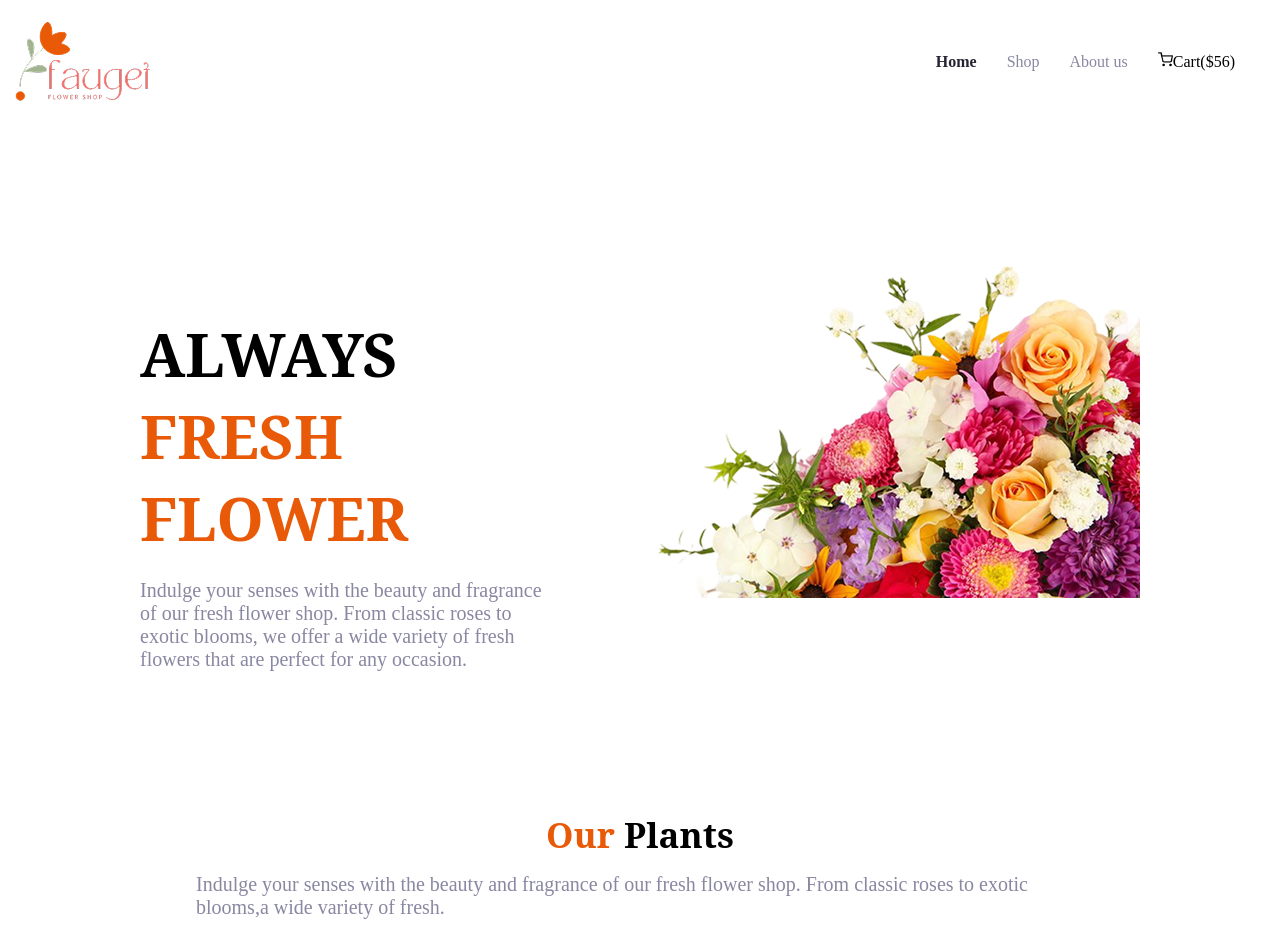
Repository: dollyrakhe22/Flowers-main-website
Page: index.html
An editor plug-in stored every save of this project. The page is shown before and after the next save, followed by the edit.
The browser window is 1280 px wide. The pictures show the whole page.
Some web libraries are served in a nearby version.

Above is the page before, as saved 2025-07-24 01:27:38.

### index.html
<!DOCTYPE html>
<html lang="en">
<head>
    <meta charset="UTF-8">
    <meta name="viewport" content="width=device-width, initial-scale=1.0">
    <title>Flowers Site</title>
    <link rel="stylesheet" href="style.css">
    <link rel="stylesheet" href="https://cdnjs.cloudflare.com/ajax/libs/font-awesome/7.0.0/css/all.min.css" integrity="sha512-DxV+EoADOkOygM4IR9yXP8Sb2qwgidEmeqAEmDKIOfPRQZOWbXCzLC6vjbZyy0vPisbH2SyW27+ddLVCN+OMzQ==" crossorigin="anonymous" referrerpolicy="no-referrer" />
</head>
<body >
    <header>
           <nav class="nav-bar display-flex">
                <img src="assets/logo.png" alt="" srcset="">


              <ul class="list-link display-flex">
                <li class="list-item text-black ">Home</li>
                <li class="list-item text-gray">Shop</li>
                <li class="list-item text-gray">About us</li>
                <li class="list-item"><img src="assets/shopping-cart (1).jpg" alt="" srcset=""width="15px" height="15px">Cart($56)</li>
             </ul>
           </nav>
 <!--Fresh Flowers-->
 <section class="flower-section display-flex">
  <div class="fresh-flower">
   <h1 class="flower-title noto-serif-normal">ALWAYS <span class="primary-color">FRESH<br> FLOWER</span></h1>
   <p class="flower-description text-gray">Indulge your senses with the beauty and fragrance of our fresh flower shop. From classic roses to exotic blooms,
     we offer a wide variety of fresh flowers that are perfect for any occasion. </p>
  </div>
  <div class="flower-img">
    <img src="assets/hero-flower.png" alt="" srcset="">
  </div>

 </section>
 <!--Plants-->
<section class="plants-section">

    <h1 class="plant-title noto-serif-normal"><span class="primary-color">Our</span> Plants</h1>
    <p class="plant-description text-gray">Indulge your senses with the beauty and fragrance  of our fresh flower shop.
      From classic roses to exotic blooms,a wide variety of fresh.</p>

</section>










    </header>
    <main>

    </main>
    <footer>

    </footer>
</body>
</html>

### style.css
@import url('https://fonts.googleapis.com/css2?family=Noto+Serif:ital,wght@0,100..900;1,100..900&display=swap');

*{
    box-sizing: border-box;
    margin: 0;
    padding: 0;
}

.noto-serif-normal{
  font-family: "Noto Serif", serif;
  font-optical-sizing: auto;
  font-style: normal;

}
/*shared style*/
.display-flex{
    display: flex;
}
/*black*/
.text-black{
    color:#252432;
    font-weight: bold;
}
/*dark 02*/
.text-gray{
    color: #8987A1;
}
.primary-color{
    color:#E95A08;
}
/*navbar start*/
.nav-bar{
   justify-content: space-between;
   margin: 20px auto;
   max-width: 1250px;




}
.list-link{
    justify-items: center;
    justify-content: center;
    align-items: center;



}
nav ul li{
    list-style: none;
    margin-right: 30px;
}

/*Fresh Flower*/
.fresh-flower{
    margin-top: 70px;
}
.flower-section{
    max-width: 100%;
   margin: 140px;
   gap: 10px;
}
.flower-title{
      font-size: 3.75rem;
}
.flower-description{
    font-size: 1.25rem;
    margin-top: 20px;
}
/*Plants*/
.plants-section{
  justify-items: center;

}
.plant-title{
    font-size: 2.18rem;
    font-weight: 700;
}
.plant-description{
    font-size: 1.25rem;
    margin-top: 15px;
    width: 888px;
    height: 55px;


}

After the next save:
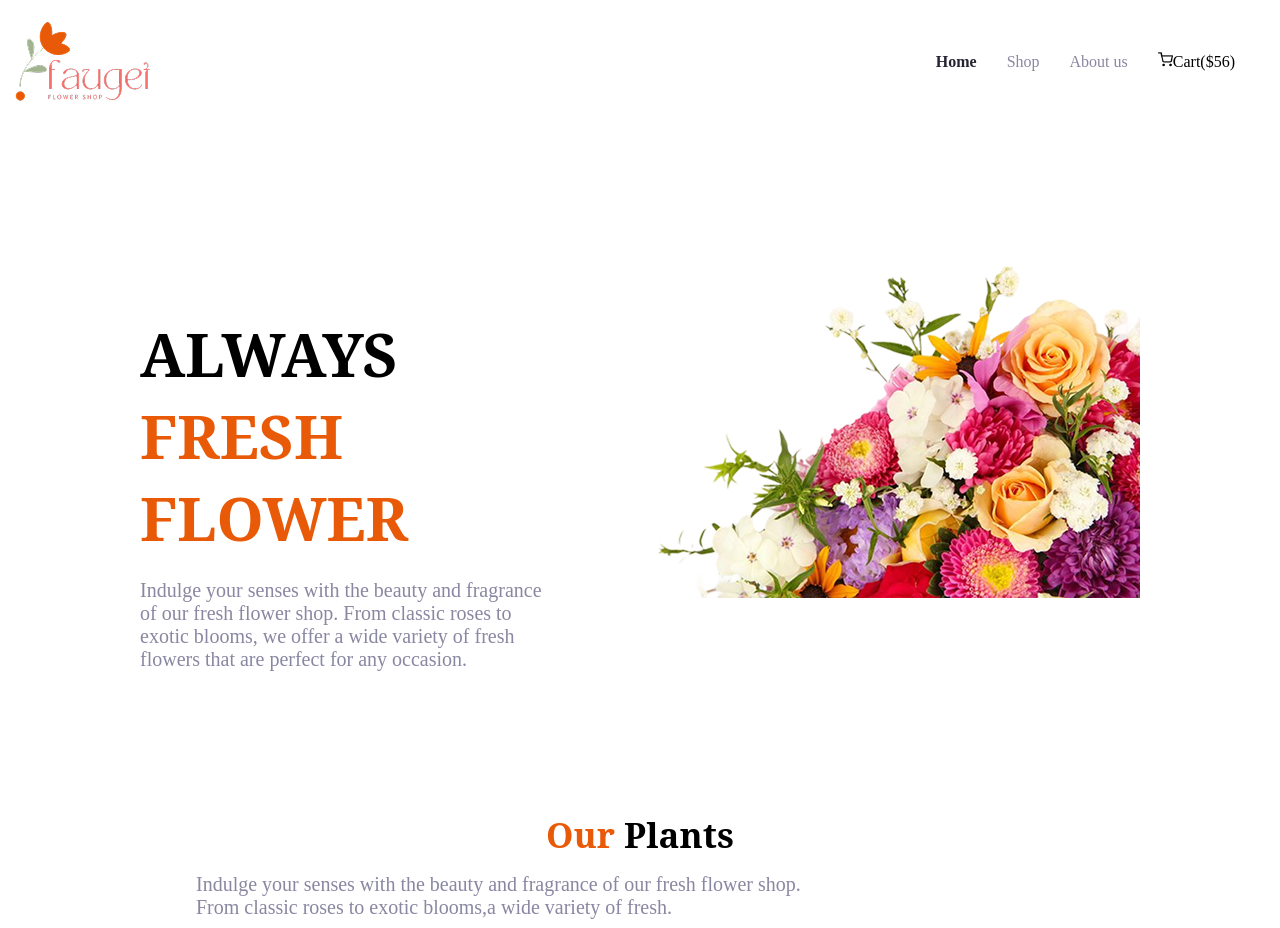
Saved 104 s later.
--- a/index.html
+++ b/index.html
@@ -36,8 +36,9 @@
 <section class="plants-section">
 
     <h1 class="plant-title noto-serif-normal"><span class="primary-color">Our</span> Plants</h1>
-    <p class="plant-description text-gray">Indulge your senses with the beauty and fragrance  of our fresh flower shop.
-      From classic roses to exotic blooms,a wide variety of fresh.</p>
+    <p class="plant-description text-gray">Indulge your senses with the beauty
+      and fragrance  of our fresh flower shop. <span style="display: block;"> From classic roses to exotic blooms,a wide variety of fresh.</span>
+     </p>
 
 </section>
 
